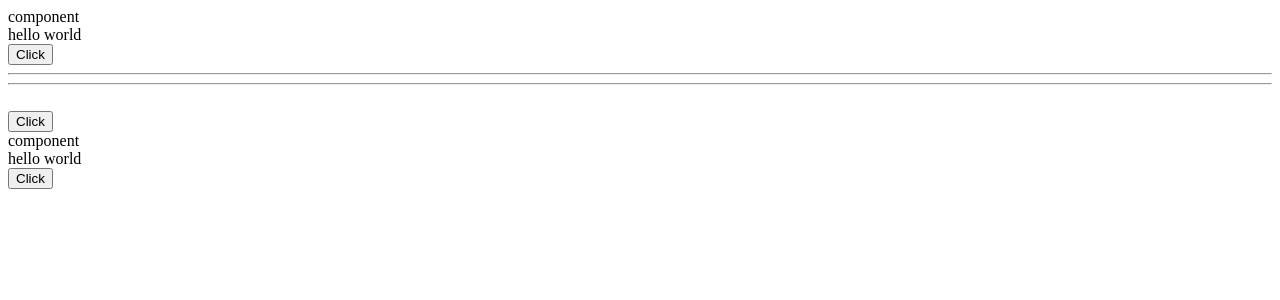
Repository: RyuGeunHwan/code_J
Page: Vuejs/22-08-10 vuejs Vue컴포넌트.html
The author's editor kept a copy of each file at every save. The page is drawn from the files as they stood at one save, then again after the next save.
The browser window is 1280 px wide. The pictures show the whole page.

Above is the page before, as saved 2022-08-10 14:19:30.

After the next save:
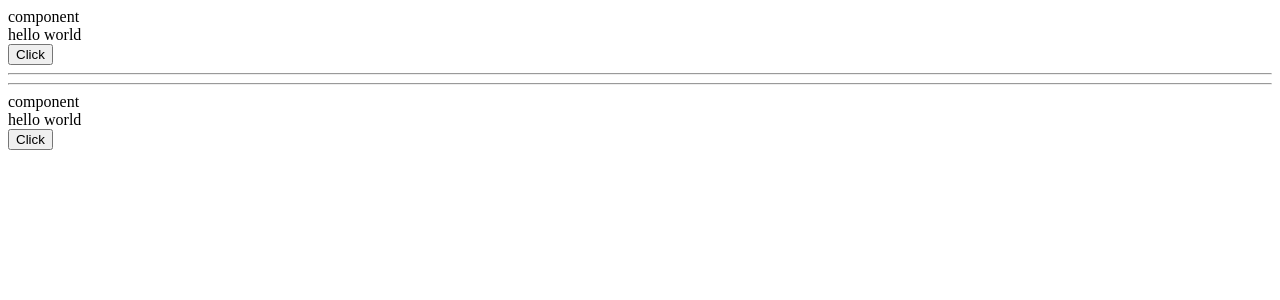
Saved 61 s later.
--- a/Vuejs/22-08-10 vuejs Vue컴포넌트.html
+++ b/Vuejs/22-08-10 vuejs Vue컴포넌트.html
@@ -19,8 +19,8 @@
 
 
     <div id="app-1">
-       {{name}} <br>
-        <button @click="changeText">Click</button>
+       <!-- {{name}} <br>
+        <button @click="changeText">Click</button>  -->
         <kossie-button></kossie-button>
     </div>
 
